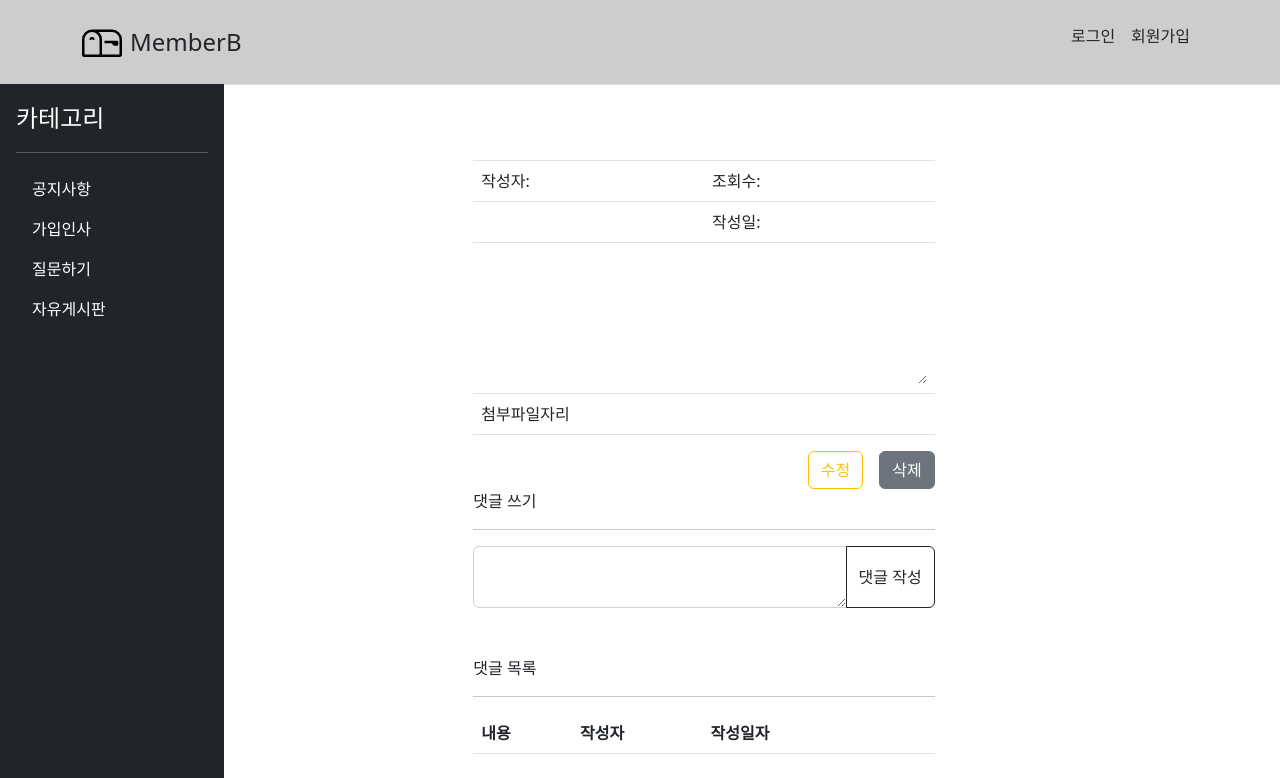
Repository: charmErin/board_220915
Page: http://localhost/board/WEB-INF/views/board/detail.jsp
These files come from the project's save history. The page is drawn as it stood at one moment and after the next save; the edit follows.
The browser window is 1280 px wide. The pictures show the whole page.
Some web libraries are served in a nearby version. The page is served by Tomcat 9. Nobody is signed in. Other server files are loaded and not shown. The template is opened directly, without the code that normally fills it, so the values that code supplies are empty.

Above is the page before, as saved 2022-09-16 07:53:40.

### board/src/main/webapp/WEB-INF/views/board/detail.jsp
<%@ page language="java" contentType="text/html; charset=UTF-8"
	pageEncoding="UTF-8"%>
<%@ taglib uri="http://java.sun.com/jsp/jstl/core" prefix="c"%>
<%@ taglib prefix="fmt" uri="http://java.sun.com/jsp/jstl/fmt"%>
<!DOCTYPE html>
<html>
<head>
<meta charset="UTF-8">
<script src="https://code.jquery.com/jquery-3.6.0.min.js"></script>
<script type="text/javascript"
	src="https://cdnjs.cloudflare.com/ajax/libs/moment.js/2.24.0/moment.min.js"></script>
<title>Insert title here</title>
<style>
.body-content {
	margin-top: 9rem;
	margin-left: 15rem;
	padding-left: 3rem;
	padding-right: 10rem;
}
</style>
</head>
<body>
	<%@include file="../layout/header.jsp"%>
	<div class="body-content">
		<div class="container col-7 my-4">
			<table class="table mb-3">
				<tr>
					<td colspan="2">${board.boardTitle}</td>
				</tr>
				<tr>
					<td>작성자: ${board.boardWriter}</td>
					<td>조회수: ${board.boardHits}</td>
				</tr>
				<tr>
					<td></td>
					<td colspan="2">작성일: <fmt:formatDate pattern="yyyy-MM-dd"
							value="${board.createdTime}"></fmt:formatDate></td>
				</tr>
				<tr>
					<td colspan="2"><textarea class="form-control-plaintext"
							rows="5">${board.boardContents}</textarea></td>
				</tr>
				<tr>
					<td colspan="2">첨부파일자리</td>
				</tr>
			</table>

			<div class="d-grid gap-2 d-md-flex justify-content-md-end">
				<c:choose>
					<c:when test="${sessionScope.id eq board.memberId}">
						<button class="btn btn-outline-warning me-md-2" type="button">수정</button>
						<button class="btn btn-secondary" type="button">삭제</button>
					</c:when>
					<c:otherwise>
						<c:if test="${sessionScope.loginId eq 'admin'}">
							<button class="btn btn-secondary" type="button">삭제</button>
						</c:if>
					</c:otherwise>
				</c:choose>
			</div>


			<span>댓글 쓰기</span>
			<hr>

			<div class="input-group mb-5">
				<textarea class="form-control" id="comment-contents"></textarea>
				<input class="btn btn-outline-dark" type="button"
					onclick="commentSave()" value="댓글 작성">
			</div>

			<span>댓글 목록</span>
			<hr>
			<div id="comment-list">
				<table class="table">
					<tr>
						<th>내용</th>
						<th>작성자</th>
						<th>작성일자</th>
						<th></th>
						<th></th>
					</tr>
					<c:forEach var="comment" items="${commentList}">
						<tr id="comment_${comment.id}">
							<td id="contents_${comment.id}">${comment.commentContents}</td>
							<td id="writer_${comment.id}">${comment.commentWriter}</td>
							<td id="createdTime_${comment.id}"><fmt:formatDate pattern="yyyy-MM-dd HH:mm:ss"
									value="${comment.createdTime}"></fmt:formatDate></td>
							<c:choose>
								<c:when test="${sessionScope.id eq comment.memberId}">
									<td id="updateBtn_${comment.id}"><button class="btn btn-outline-info" type="button"
											onclick="commentUpdateForm('${comment.id}', '${comment.commentContents}')">수정</button></td>
									<td id="deleteBtn_${comment.id}"><button class="btn btn-outline-danger" type="button"
											onclick="commentDelete('${comment.id}')">삭제</button></td>
								</c:when>
								<c:otherwise>
									<c:choose>
										<c:when test="${sessionScope.loginId eq 'admin'}">
											<td></td>
											<td><button class="btn btn-outline-danger" type="button"
													onclick="commentDelete('${comment.id}')">삭제</button></td>
										</c:when>
										<c:otherwise>
											<td colspan="2"></td>
										</c:otherwise>
									</c:choose>
								</c:otherwise>
							</c:choose>
						</tr>
					</c:forEach>
				</table>
			</div>
		</div>
	</div>
</body>
<script>
	const commentSave = () => {
		const boardId = '${board.id}';
		const memberId = '${sessionScope.id}';
		const commentWriter = '${sessionScope.memberName}';
		const commentContents = document.getElementById("comment-contents").value;
		const loginId = '${sessionScope.loginId}';
		const commentList = document.getElementById("comment-list");

		$.ajax({
			type: "post",
			url: "/comment/save",
			data: {"boardId": boardId, "memberId": memberId, "commentWriter": commentWriter, "commentContents": commentContents},
			dataType: "json",
			success: function(result) {
				let output = '<table class="table">'
							+ '	<tr>'
							+ '		<th>내용</th>'
							+ '		<th>작성자</th>'
							+ '		<th>작성일자</th>'
							+ '		<th></th>'
							+ '		<th></th>'
							+ '	</tr>';

				for (let i in result) {
					output += '	<tr>'
							+ '		<td>' + result[i].commentContents + '</td>'
							+ '		<td>' + result[i].commentWriter + '</td>'
							+ '		<td>' + moment(result[i].createdTime).format("YYYY-MM-DD HH:mm:ss") + '</td>';

					if (memberId == result[i].memberId) {
						output += '<td><button class="btn btn-outline-info" type="button" onclick="commentUpdateForm((' + result[i].id + ')">수정</button></td>'
								+ '<td><button class="btn btn-outline-danger" type="button" onclick="commentDelete(' + result[i].id + ')">삭제</button></td>';

					} else {
						if (loginId == 'admin') {
							output += '<td></td>'
									+ '<td><button class="btn btn-outline-danger" type="button" onclick="commentDelete(' + result[i].id + ')">삭제</button></td>';
						} else {
							output += '	<td></td>'
									+ '	<td></td>';
						}
					}
					output += '	</tr>';

				}
				output += '</table>';

				commentList.innerHTML = output;
				document.getElementById("comment-contents").innerHTML = "";
			}
		});
	}

	const commentDelete = (id) => {
		const boardId = '${board.id}';
		const memberId = '${sessionScope.id}';
		const loginId = '${sessionScope.loginId}';
		const commentList = document.getElementById("comment-list");

		$.ajax({
			type: "post",
			url: "/comment",
			data: {"id": id, "boardId": boardId},
			dataType: "json",
			success: function(result) {
				let output = '<table class="table">'
							+ '	<tr>'
							+ '		<th>내용</th>'
							+ '		<th>작성자</th>'
							+ '		<th>작성일자</th>'
							+ '		<th></th>'
							+ '		<th></th>'
							+ '	</tr>';

				for (let i in result) {
					output += '	<tr>'
							+ '		<td>' + result[i].commentContents + '</td>'
							+ '		<td>' + result[i].commentWriter + '</td>'
							+ '		<td>' + moment(result[i].createdTime).format("YYYY-MM-DD HH:mm:ss") + '</td>';

					if (memberId == result[i].memberId) {
						output += '<td><button class="btn btn-outline-info" type="button" onclick="commentUpdateForm((' + result[i].id + ')">수정</button></td>'
								+ '<td><button class="btn btn-outline-danger" type="button" onclick="commentDelete(' + result[i].id + ')">삭제</button></td>';

					} else {
						if (loginId == 'admin') {
							output += '<td></td>'
									+ '<td><button class="btn btn-outline-danger" type="button" onclick="commentDelete(' + result[i].id + ')">삭제</button></td>';
						} else {
							output += '	<td></td>'
									+ '	<td></td>';
						}
					}
					output += '	</tr>';

				}
				output += '</table>';

				commentList.innerHTML = output;
			}
		});
	}


	let rawComment = null;

	const commentUpdateForm = (id, commentContents) => {
		const comment = document.getElementById("comment_" + id);
		rawComment = document.getElementById("comment_" + id).innerHTML;

		let output = '<td colspan="3"><textarea class="form-control" id="new-contents">' + commentContents + '</textarea></td>'
					+ '<td><button type="button" class="btn btn-dark" onclick="commentUpdate(' + "'" + id + "')" + '">수정</button></td>'
					+ '<td><button type="button" class="btn btn-outline-danger" onclick="commentCancel(' + id + ')">취소</button></td>';

		comment.innerHTML = output;
	}

	const commentUpdate = (id) => {
		const newContents = document.getElementById("new-contents").value;
		const boardId = '${board.id}';
		const memberId = '${sessionScope.id}';
		const loginId = '${sessionScope.loginId}';
		const commentList = document.getElementById("comment-list");

		$.ajax({
			type: "post",
			url: "/comment/update",
			data: {"id": id, "boardId": boardId, "commentContents": newContents},
			dataType: "json",
			success: function(result) {
				let output = '<table class="table">'
					+ '	<tr>'
					+ '		<th>내용</th>'
					+ '		<th>작성자</th>'
					+ '		<th>작성일자</th>'
					+ '		<th></th>'
					+ '		<th></th>'
					+ '	</tr>';

			for (let i in result) {
				output += '	<tr>'
						+ '		<td>' + result[i].commentContents + '</td>'
						+ '		<td>' + result[i].commentWriter + '</td>'
						+ '		<td>' + moment(result[i].createdTime).format("YYYY-MM-DD HH:mm:ss") + '</td>';

				if (memberId == result[i].memberId) {
					output += '<td><button class="btn btn-outline-info" type="button" onclick="commentUpdateForm((' + result[i].id + ')">수정</button></td>'
							+ '<td><button class="btn btn-outline-danger" type="button" onclick="commentDelete(' + result[i].id + ')">삭제</button></td>';

				} else {
					if (loginId == 'admin') {
						output += '<td></td>'
								+ '<td><button class="btn btn-outline-danger" type="button" onclick="commentDelete(' + result[i].id + ')">삭제</button></td>';
					} else {
						output += '	<td></td>'
								+ '	<td></td>';
					}
				}
				output += '	</tr>';

			}
			output += '</table>';

			commentList.innerHTML = output;
			}
		});
	}

	const commentCancel = (id) => {
		document.getElementById("comment_" + id).innerHTML = rawComment;
	}
</script>
</html>

### board/src/main/webapp/WEB-INF/views/layout/header.jsp
<%@ page language="java" contentType="text/html; charset=UTF-8"
    pageEncoding="UTF-8"%>
<%@ taglib uri="http://java.sun.com/jsp/jstl/core" prefix="c" %>
<%@ taglib prefix="fmt" uri="http://java.sun.com/jsp/jstl/fmt" %>
<!DOCTYPE html>
<html>
<head>
<meta charset="UTF-8">
<link href="https://cdn.jsdelivr.net/npm/bootstrap@5.2.1/dist/css/bootstrap.min.css" rel="stylesheet" integrity="sha384-iYQeCzEYFbKjA/T2uDLTpkwGzCiq6soy8tYaI1GyVh/UjpbCx/TYkiZhlZB6+fzT" crossorigin="anonymous">
<title>Insert title here</title>
<style>
	header {
		background: #CDCDCD;
	}

	.side-bar {
		width: 14rem;
		height: 100%;
		margin-top: 1rem;
		position: fixed;
		display: inline !important;
	}
</style>
</head>
<body>
	<header class="py-3 border-bottom header-fix fixed-top">
		<div class="container d-flex flex-wrap justify-content-center">
			<a href="/" class="d-flex align-items-center mb-3 mb-lg-0 me-lg-auto text-dark text-decoration-none">
				<img src="../../../resources/svg/mailbox.svg" width="40" height="40">
				<span class="fs-4 m-2">
					MemberB
				</span>
			</a>

			<div>
				<c:choose>
					<c:when test="${sessionScope.id == null}">
						<ul class="nav">
							<li class="nav-item">
								<a href="/member/login-form" class="nav-link link-dark px-2">로그인</a>
							</li>
							<li class="nav-item">
								<a href="/member/save-form" class="nav-link link-dark px-2">회원가입</a>
							</li>
						</ul>
					</c:when>
					<c:otherwise>
						<ul class="nav">
							<li class="nav-item">
								<a href="/member/detail/${sessionScope.id}" class="nav-link link-dark px-2">${sessionScope.memberName}</a>
							</li>
							<c:if test="${sessionScope.loginId eq 'admin'}">
								<li class="nav-item">
									<a href="/member/findAll" class="nav-link link-dark px-2">회원목록</a>
								</li>
							</c:if>
							<li class="nav-item">
								<a href="/member/logout" class="nav-link link-dark px-2">로그아웃</a>
							</li>
						</ul>
					</c:otherwise>
				</c:choose>
			</div>
		</div>
		<div class="d-flex flex-column flex-shrink-0 p-3 text-bg-dark side-bar">
			<span class="fs-4">카테고리</span>
			<hr>
			<ul class="nav nav-pills flex-column mb-auto">
				<li class="nav-item">
					<a href="/board/1" class="nav-link text-white">공지사항</a>
				</li>
				<li>
					<a href="/board/2" class="nav-link text-white">가입인사</a>
				</li>
				<li>
					<a href="/board/3" class="nav-link text-white">질문하기</a>
				</li>
				<li>
					<a href="/board/4" class="nav-link text-white">자유게시판</a>
				</li>
			</ul>
		</div>
	</header>
</body>
</html>

### board/src/main/webapp/resources/svg/mailbox.svg
<svg xmlns="http://www.w3.org/2000/svg" width="16" height="16" fill="currentColor" class="bi bi-mailbox" viewBox="0 0 16 16">
  <path d="M4 4a3 3 0 0 0-3 3v6h6V7a3 3 0 0 0-3-3zm0-1h8a4 4 0 0 1 4 4v6a1 1 0 0 1-1 1H1a1 1 0 0 1-1-1V7a4 4 0 0 1 4-4zm2.646 1A3.99 3.99 0 0 1 8 7v6h7V7a3 3 0 0 0-3-3H6.646z"/>
  <path d="M11.793 8.5H9v-1h5a.5.5 0 0 1 .5.5v1a.5.5 0 0 1-.5.5h-1a.5.5 0 0 1-.354-.146l-.853-.854zM5 7c0 .552-.448 0-1 0s-1 .552-1 0a1 1 0 0 1 2 0z"/>
</svg>

After the next save:
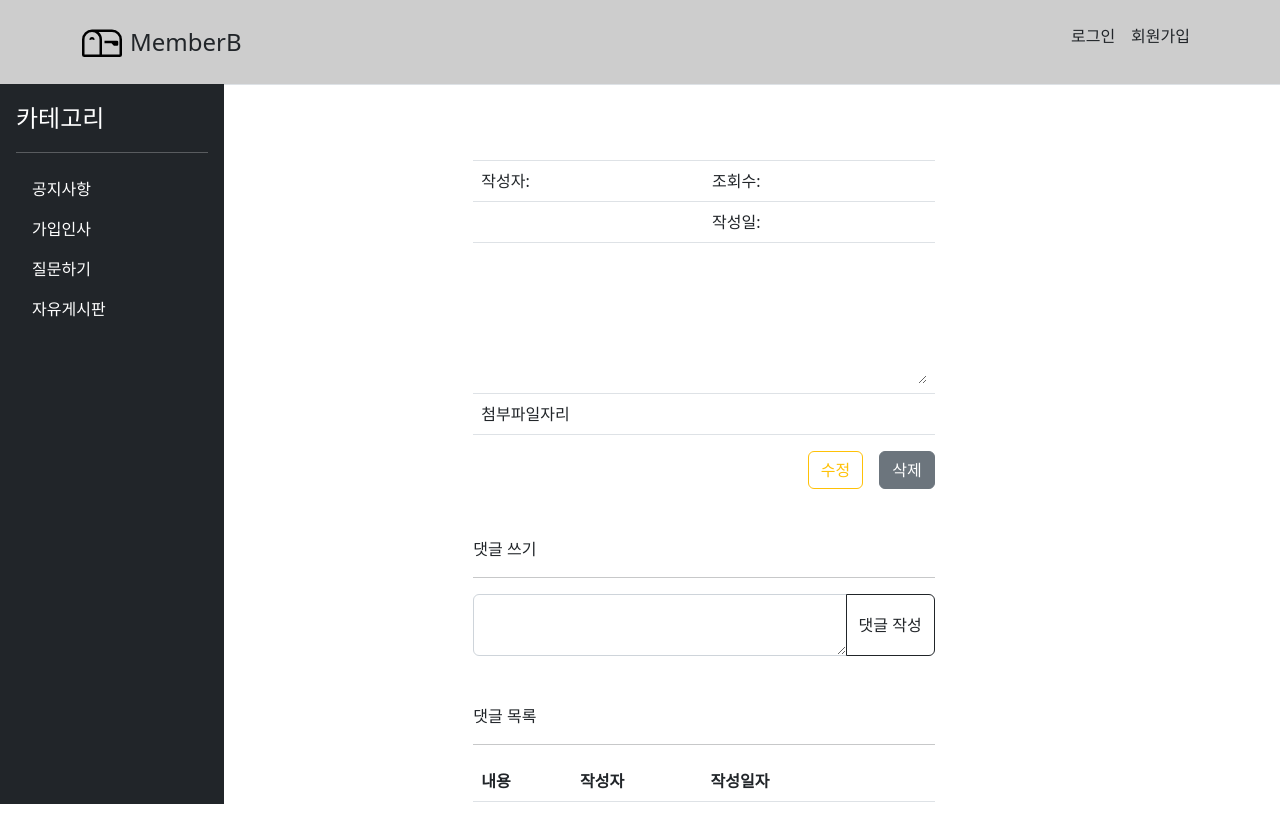
Saved 6 s later.
--- a/board/src/main/webapp/WEB-INF/views/board/detail.jsp
+++ b/board/src/main/webapp/WEB-INF/views/board/detail.jsp
@@ -45,7 +45,7 @@
 				</tr>
 			</table>
 
-			<div class="d-grid gap-2 d-md-flex justify-content-md-end">
+			<div class="d-grid gap-2 d-md-flex justify-content-md-end mb-5">
 				<c:choose>
 					<c:when test="${sessionScope.id eq board.memberId}">
 						<button class="btn btn-outline-warning me-md-2" type="button">수정</button>
